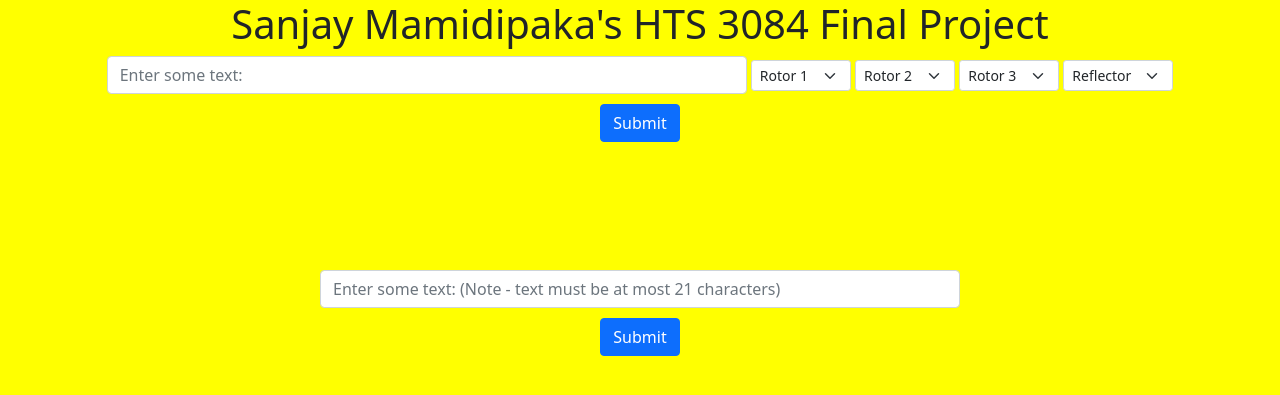
Repository: sanjayMamidipaka/htsfinalprojectnew
Page: http://localhost/
The author's editor kept a copy of each file at every save. The page is drawn from the files as they stood at one save, then again after the next save.
The browser window is 1280 px wide. The pictures show the whole page.
The page is served by the project's application, run on Flask 3 (app.py).

Above is the page before, as saved 2021-11-30 16:51:56.

After the next save:
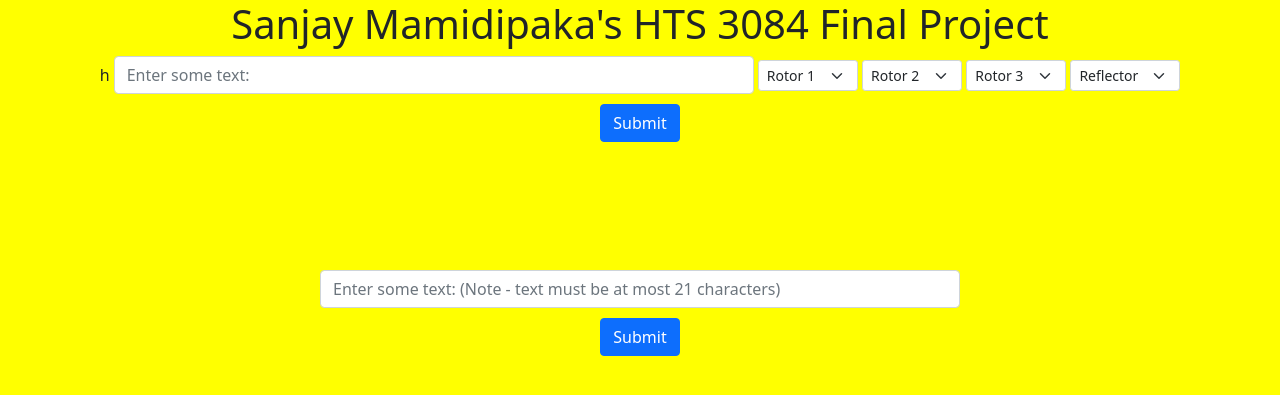
Saved 60 min 24 s later.
--- a/templates/index.html
+++ b/templates/index.html
@@ -9,6 +9,7 @@
         <form class="grid" action="/my-link/" method="POST">
 
             <div style="text-align: center; white-space: nowrap;">
+              h
                 <input placeholder="Enter some text: " type="text" id="name" class="form-control" name="name" style="width: 50%; margin: auto; display: block; display: inline-block;">
                 <select class="form-select form-select-sm" aria-label="Default select example" style="display: inline-block; width: 100px;" name = "rotor1">
                     <option disabled selected>Rotor 1</option>

After the save that followed:
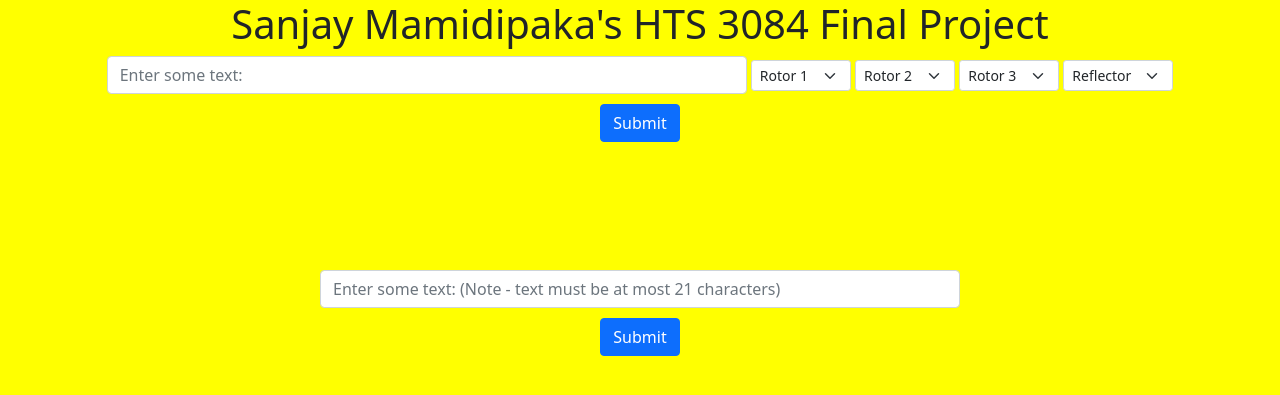
Saved 5 s later.
--- a/templates/index.html
+++ b/templates/index.html
@@ -9,7 +9,7 @@
         <form class="grid" action="/my-link/" method="POST">
 
             <div style="text-align: center; white-space: nowrap;">
-              h
+              <h2></h2>
                 <input placeholder="Enter some text: " type="text" id="name" class="form-control" name="name" style="width: 50%; margin: auto; display: block; display: inline-block;">
                 <select class="form-select form-select-sm" aria-label="Default select example" style="display: inline-block; width: 100px;" name = "rotor1">
                     <option disabled selected>Rotor 1</option>
